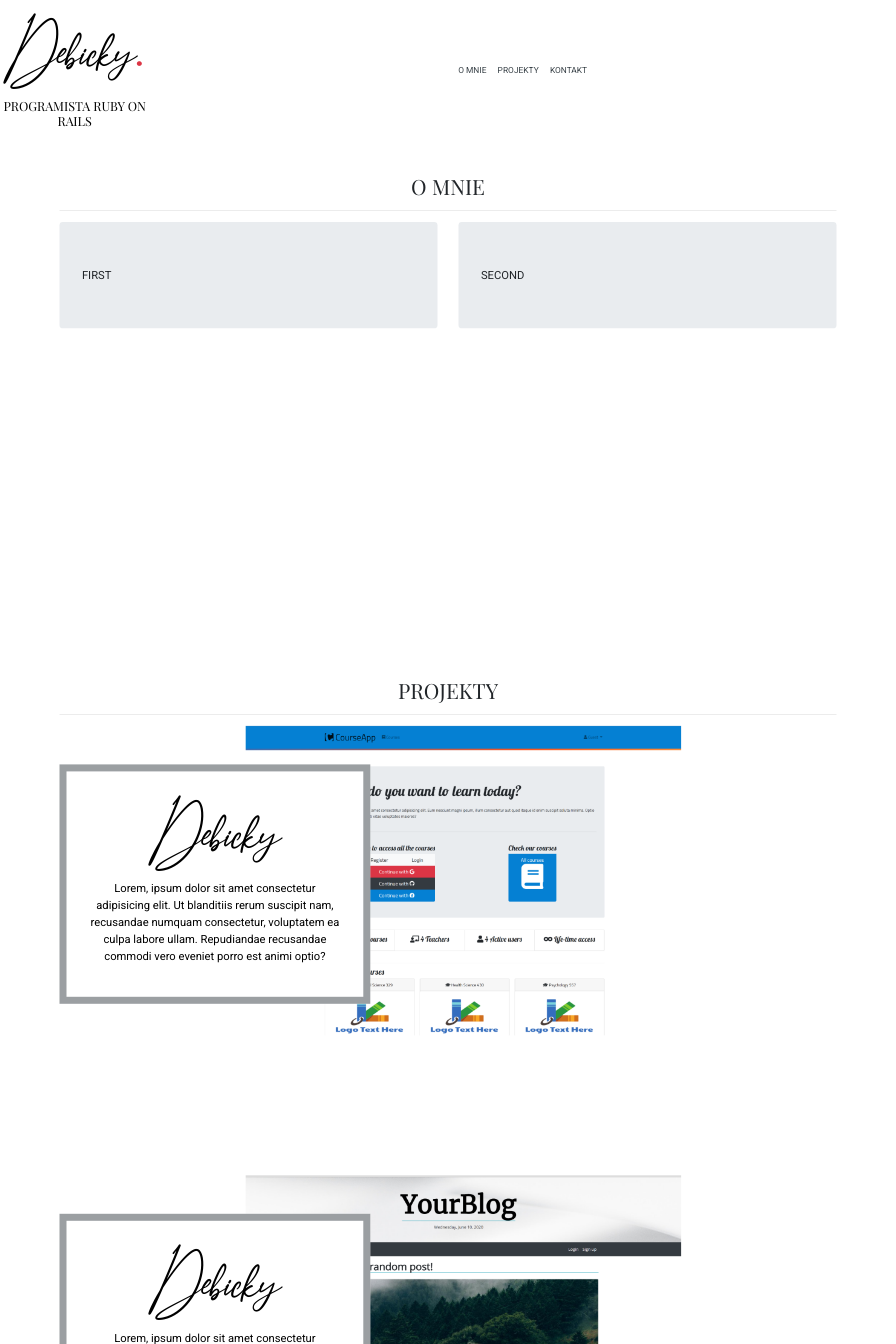
Repository: debicky/debicky.github.io
Page: index.html
These files come from the project's save history. The page is drawn as it stood at one moment and after a run of saves; the edit follows.
The browser window is 1280 px wide. The pictures show the part of the page from y = 0 to 1920 px (the page is 3588 px tall before and 4108 px after), at 70% of full size.
Some web libraries are served in a nearby version.

Above is the page before, as saved 2020-06-10 14:03:22.

After the next 2 saves:
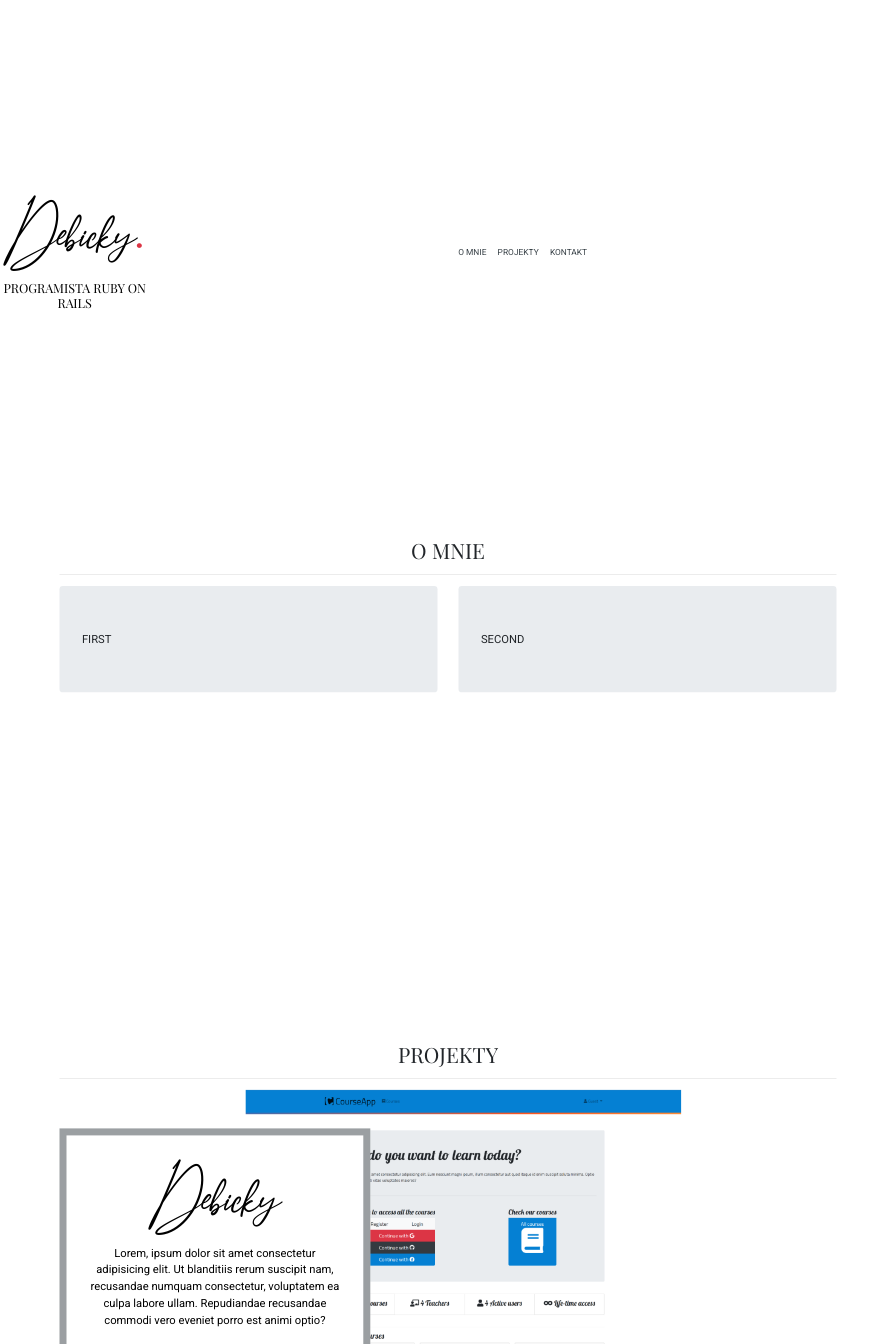
The 2 saves are shown as one change because they came seconds apart.
The last was saved 7 s later.
--- a/index.html
+++ b/index.html
@@ -11,7 +11,7 @@
 <body>
 
 
-  <header>
+  <header class="vh-100">
     <a href="index.html">
       <div class="signature">
         <h5 class="signature-heading">Debicky<span class="text-danger font-weight-bolder">.</span></h5>

After the save that followed:
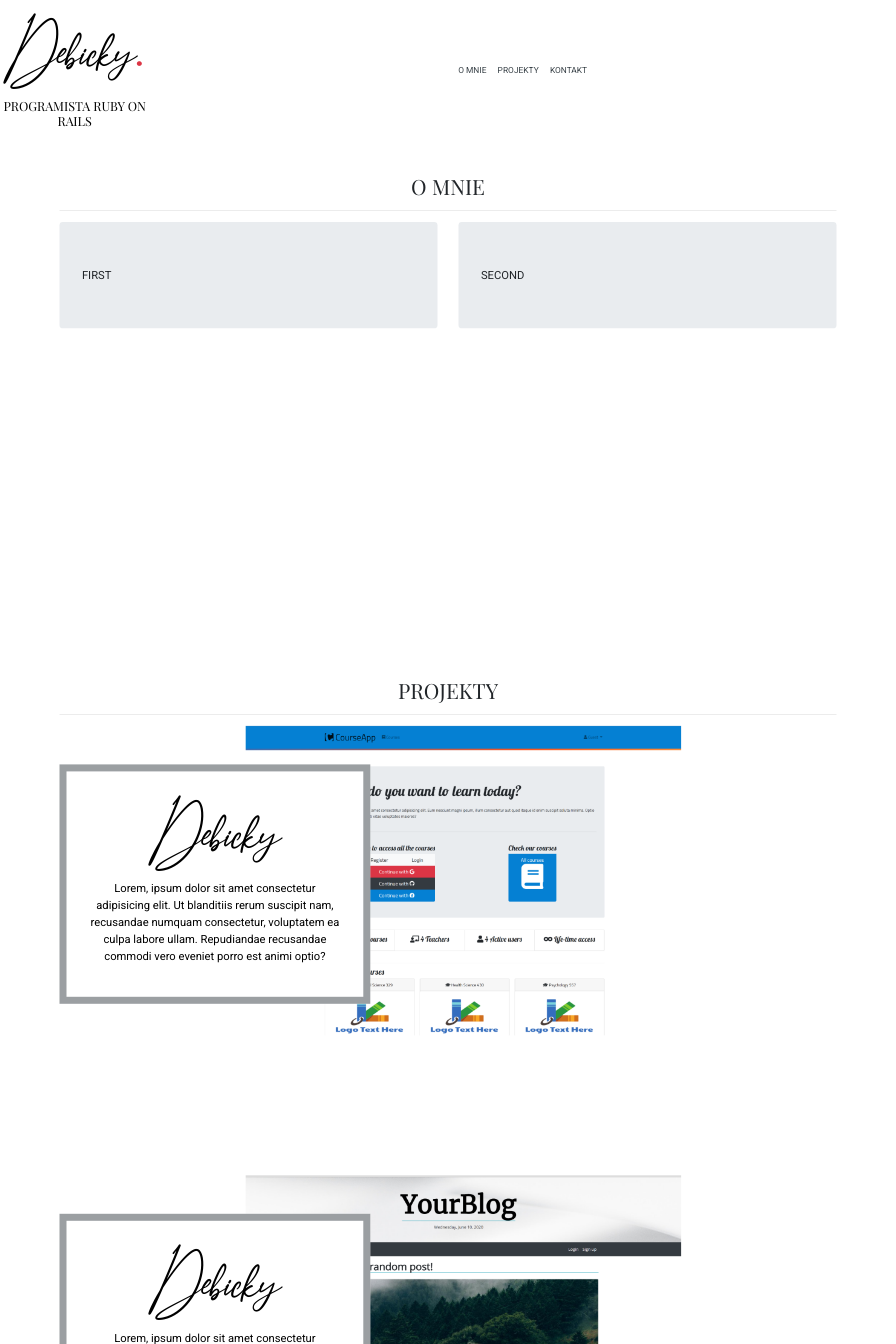
Saved 9 s later.
--- a/index.html
+++ b/index.html
@@ -11,7 +11,7 @@
 <body>
 
 
-  <header class="vh-100">
+  <header class="">
     <a href="index.html">
       <div class="signature">
         <h5 class="signature-heading">Debicky<span class="text-danger font-weight-bolder">.</span></h5>
